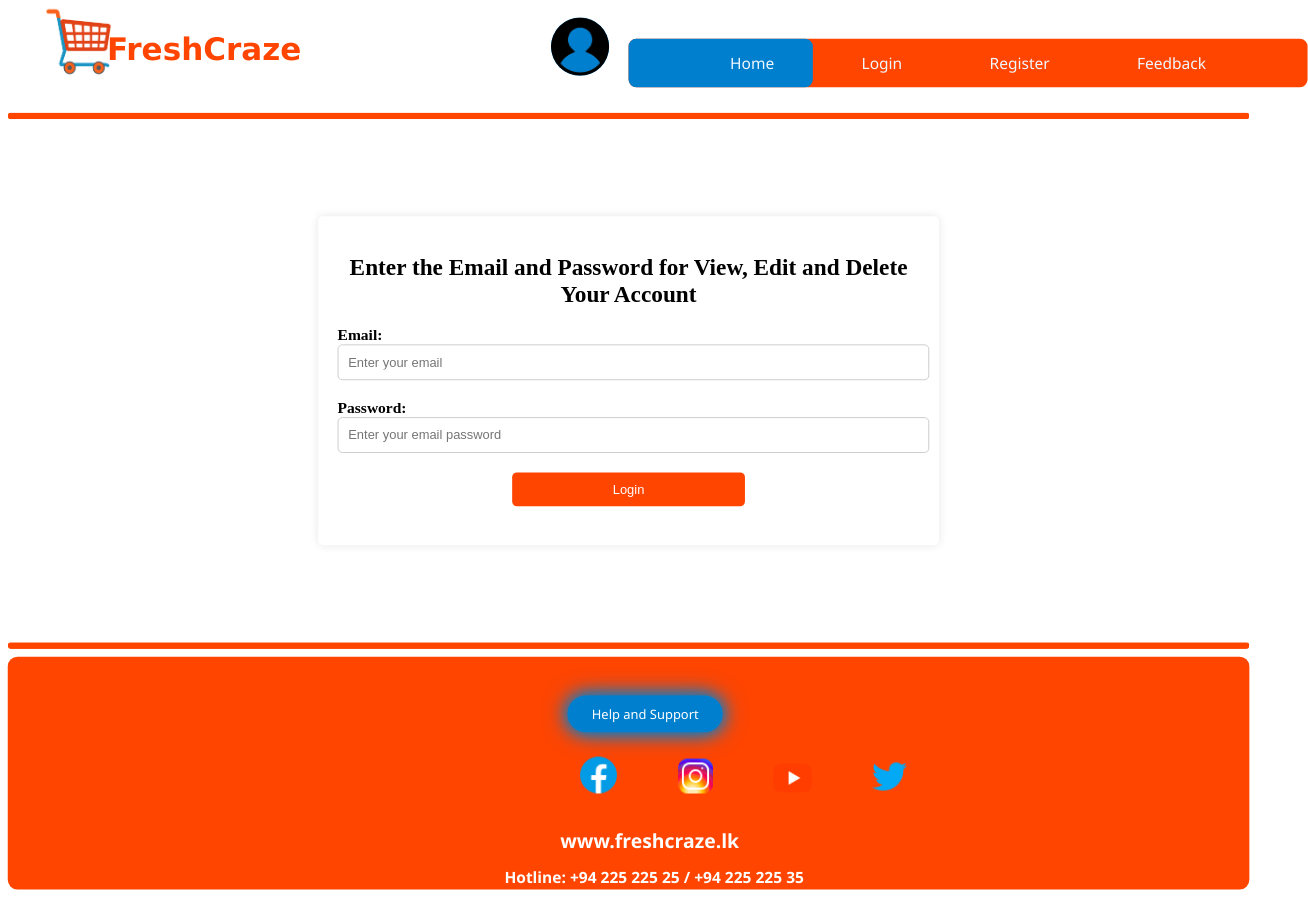
Repository: chamarac2002/FreshCraze
Page: http://localhost/CustomerDemo/profile.jsp
These files come from the project's save history. The page is drawn as it stood at one moment and after the next save; the edit follows.
The browser window is 1280 px wide. The page is 1348 px wide, so the pictures cover 1348 px, including what lies to the right of the window. The pictures show the whole page, at 97% of full size.
The page is served by Tomcat 9. Nobody is signed in. The application's start-up code is not run.

Above is the page before, as saved 2024-05-11 06:32:55.

After the next save:
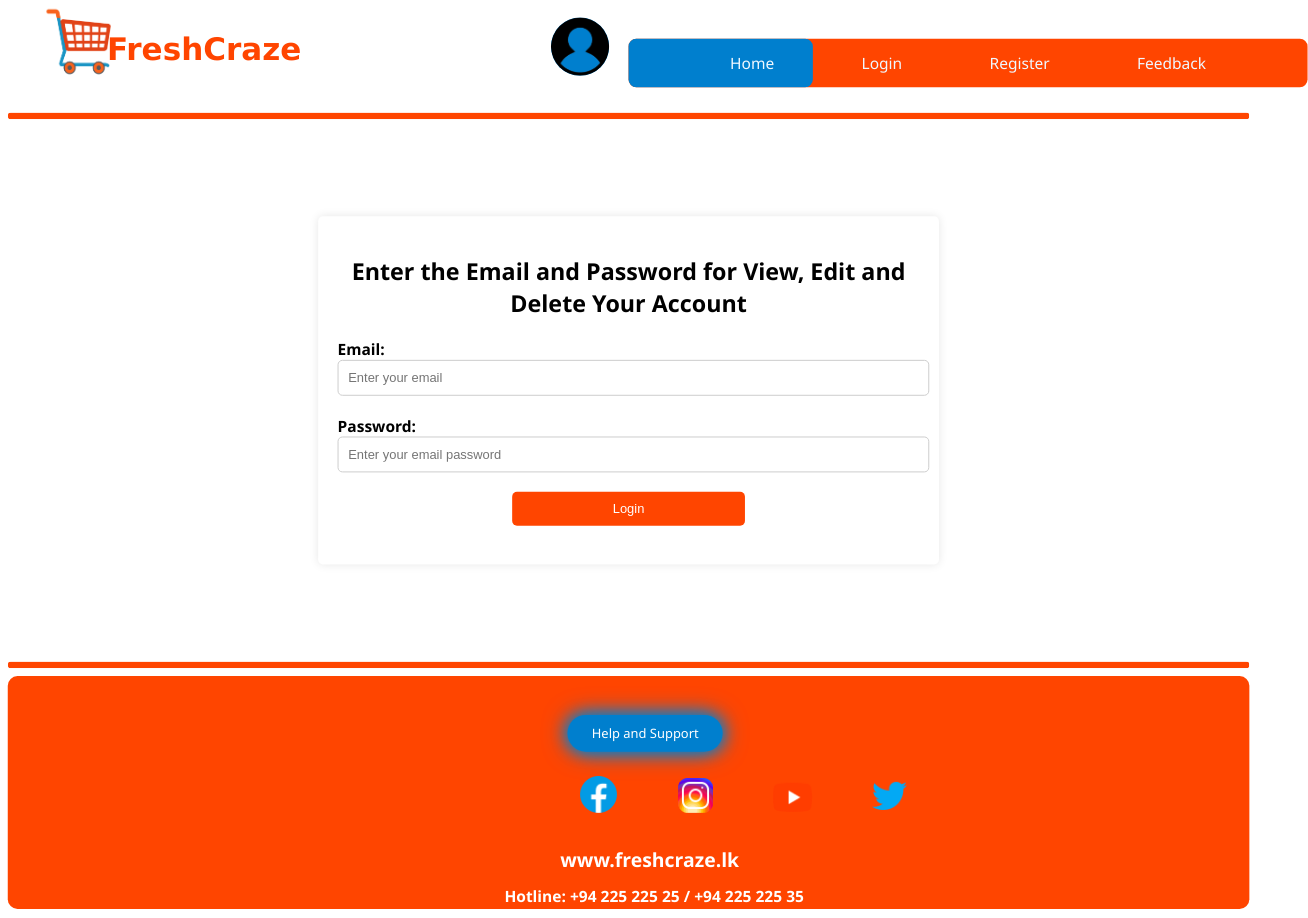
Saved 42 s later.
--- a/CustomerDemo/src/main/webapp/Styles/profile.css
+++ b/CustomerDemo/src/main/webapp/Styles/profile.css
@@ -169,6 +169,7 @@
   background-color: #fff;
   border-radius: 5px;
   box-shadow: 0 0 10px rgba(0, 0, 0, 0.1);
+  font-family: 'Segoe UI';
 }
 
 h2 {
